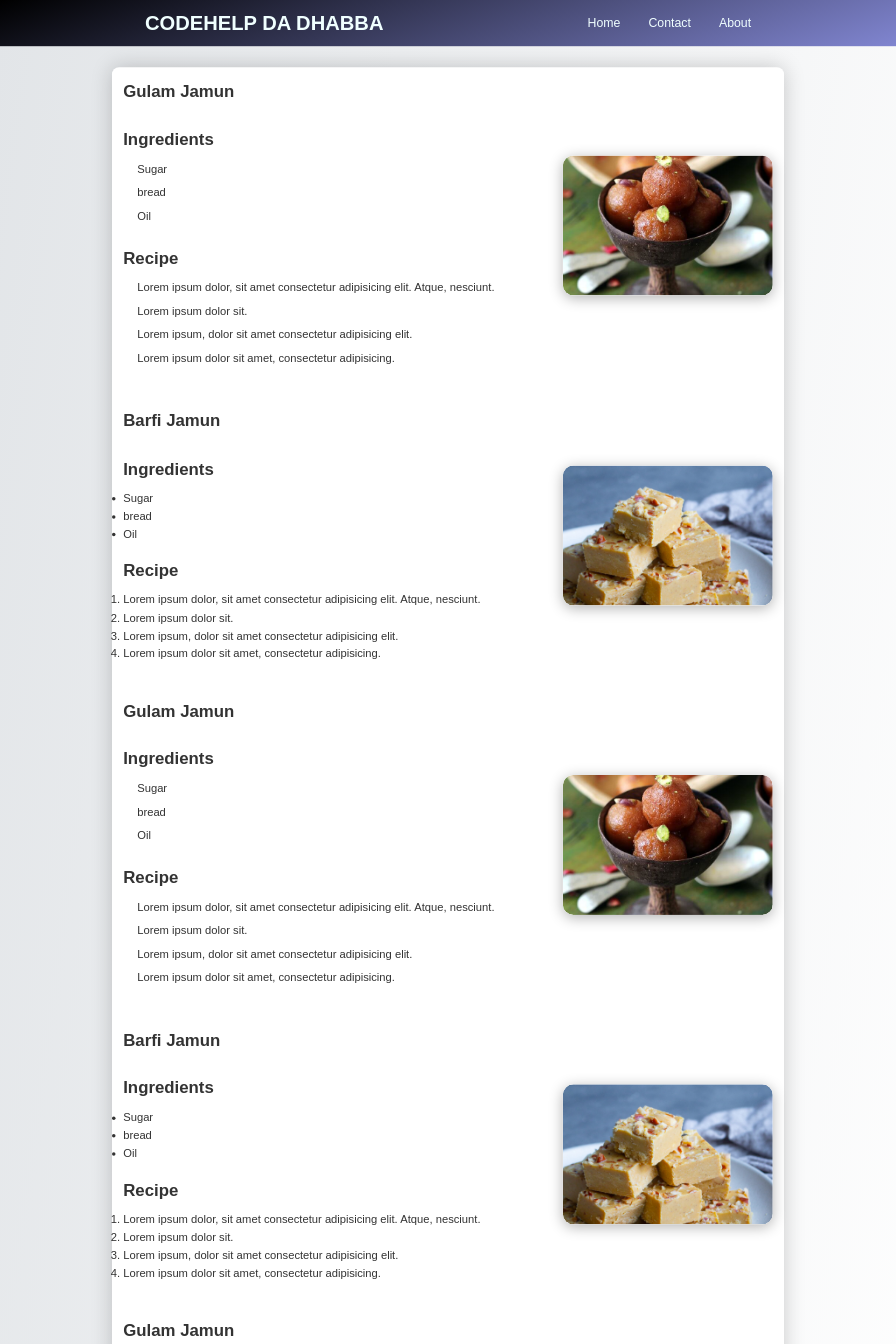
Repository: ssaddamhuss100/Recipe_Html_css
Page: index.html
These files come from the project's save history. The page is drawn as it stood at one moment and after the next save; the edit follows.
The browser window is 1280 px wide. The pictures show the part of the page from y = 0 to 1920 px (the page is 2848 px tall before and 4239 px after), at 70% of full size.

Above is the page before, as saved 2024-12-12 11:24:49.

### index.html
<!DOCTYPE html>
<html lang="en">
<head>
    <meta charset="UTF-8">
    <meta http-equiv="X-UA-Compatible" content="IE=edge">
    <meta name="viewport" content="width=device-width, initial-scale=1.0">
    <title>Codehelp da Dhaaba</title>
    <link rel="stylesheet" href="style.css">
</head>
<body>

    <div class="container">

        <header>
            <div class="navContainer">
                <nav>
                    <ul id="navList">
                        <li>
                            <p id="navLogo">CodeHelp da Dhabba</p>
                        </li>
                        <li>
                            <div id="navItems">
                                <a href="#">Home</a>
                                <a href="#">Contact</a>
                                <a href="#">About</a>
                            </div>
                        </li>
                    </ul>
                </nav>
            </div>
        </header>

        <main>
            <div class="contentBox">
                <!-- item 1  -->
                <section>
                    <div class="item">
                        <div class="leftBox">
                            <!-- heaeding -->
                            <h2>Gulam Jamun</h2>

                            <div>
                                <h2>Ingredients</h2>
                                <ul class="ingBox">
                                    <li>Sugar</li>
                                    <li>bread</li>
                                    <li>Oil</li>
                                </ul>
                            </div>

                            <div>
                                <h2>Recipe</h2>
                                <ol class="recipeBox">
                                    <li>Lorem ipsum dolor, sit amet consectetur adipisicing elit. Atque, nesciunt.</li>
                                    <li>Lorem ipsum dolor sit.</li>
                                    <li>Lorem ipsum, dolor sit amet consectetur adipisicing elit.</li>
                                    <li>Lorem ipsum dolor sit amet, consectetur adipisicing.</li>
                                </ol>
                            </div>



                        </div>

                        <div class="rightBox">
                            <img
                                src="bread-gulab-jamun-recipe.jpg"
                            />
                            <div class="overlay">
                                <span> Click here to Buy</span>
                            </div>
                        </div>
                    </div>
                </section>

                <section>
                    <div class="item">
                        <div class="leftBox">
                            <!-- heaeding -->
                            <h2>Barfi Jamun</h2>

                            <div>
                                <h2>Ingredients</h2>
                                <ul>
                                    <li>Sugar</li>
                                    <li>bread</li>
                                    <li>Oil</li>
                                </ul>
                            </div>

                            <div>
                                <h2>Recipe</h2>
                                <ol>
                                    <li>Lorem ipsum dolor, sit amet consectetur adipisicing elit. Atque, nesciunt.</li>
                                    <li>Lorem ipsum dolor sit.</li>
                                    <li>Lorem ipsum, dolor sit amet consectetur adipisicing elit.</li>
                                    <li>Lorem ipsum dolor sit amet, consectetur adipisicing.</li>
                                </ol>
                            </div>



                        </div>
                        <div class="rightBox">
                            <img
                                src="Magaz-5-of-5-2-960x1440.jpg"
                            />
                        </div>
                    </div>
                </section>

                <section>
                    <div class="item">
                        <div class="leftBox">
                            <!-- heaeding -->
                            <h2>Gulam Jamun</h2>

                            <div>
                                <h2>Ingredients</h2>
                                <ul class="ingBox">
                                    <li>Sugar</li>
                                    <li>bread</li>
                                    <li>Oil</li>
                                </ul>
                            </div>

                            <div>
                                <h2>Recipe</h2>
                                <ol class="recipeBox">
                                    <li>Lorem ipsum dolor, sit amet consectetur adipisicing elit. Atque, nesciunt.</li>
                                    <li>Lorem ipsum dolor sit.</li>
                                    <li>Lorem ipsum, dolor sit amet consectetur adipisicing elit.</li>
                                    <li>Lorem ipsum dolor sit amet, consectetur adipisicing.</li>
                                </ol>
                            </div>



                        </div>

                        <div class="rightBox">
                            <img
                                src="bread-gulab-jamun-recipe.jpg"
                            />
                            <div class="overlay">
                                <span> Click here to Buy</span>
                            </div>
                        </div>
                    </div>
                </section>

                <section>
                    <div class="item">
                        <div class="leftBox">
                            <!-- heaeding -->
                            <h2>Barfi Jamun</h2>

                            <div>
                                <h2>Ingredients</h2>
                                <ul>
                                    <li>Sugar</li>
                                    <li>bread</li>
                                    <li>Oil</li>
                                </ul>
                            </div>

                            <div>
                                <h2>Recipe</h2>
                                <ol>
                                    <li>Lorem ipsum dolor, sit amet consectetur adipisicing elit. Atque, nesciunt.</li>
                                    <li>Lorem ipsum dolor sit.</li>
                                    <li>Lorem ipsum, dolor sit amet consectetur adipisicing elit.</li>
                                    <li>Lorem ipsum dolor sit amet, consectetur adipisicing.</li>
                                </ol>
                            </div>



                        </div>
                        <div class="rightBox">
                            <img
                                src="Magaz-5-of-5-2-960x1440.jpg"
                            />
                        </div>
                    </div>
                </section>

                <section>
                    <div class="item">
                        <div class="leftBox">
                            <!-- heaeding -->
                            <h2>Gulam Jamun</h2>

                            <div>
                                <h2>Ingredients</h2>
                                <ul class="ingBox">
                                    <li>Sugar</li>
                                    <li>bread</li>
                                    <li>Oil</li>
                                </ul>
                            </div>

                            <div>
                                <h2>Recipe</h2>
                                <ol class="recipeBox">
                                    <li>Lorem ipsum dolor, sit amet consectetur adipisicing elit. Atque, nesciunt.</li>
                                    <li>Lorem ipsum dolor sit.</li>
                                    <li>Lorem ipsum, dolor sit amet consectetur adipisicing elit.</li>
                                    <li>Lorem ipsum dolor sit amet, consectetur adipisicing.</li>
                                </ol>
                            </div>



                        </div>

                        <div class="rightBox">
                            <img
                                src="bread-gulab-jamun-recipe.jpg"
                            />
                            <div class="overlay">
                                <span> Click here to Buy</span>
                            </div>
                        </div>
                    </div>
                </section>

                <section>
                    <div class="item">
                        <div class="leftBox">
                            <!-- heaeding -->
                            <h2>Barfi Jamun</h2>

                            <div>
                                <h2>Ingredients</h2>
                                <ul>
                                    <li>Sugar</li>
                                    <li>bread</li>
                                    <li>Oil</li>
                                </ul>
                            </div>

                            <div>
                                <h2>Recipe</h2>
                                <ol>
                                    <li>Lorem ipsum dolor, sit amet consectetur adipisicing elit. Atque, nesciunt.</li>
                                    <li>Lorem ipsum dolor sit.</li>
                                    <li>Lorem ipsum, dolor sit amet consectetur adipisicing elit.</li>
                                    <li>Lorem ipsum dolor sit amet, consectetur adipisicing.</li>
                                </ol>
                            </div>



                        </div>
                        <div class="rightBox">
                            <img
                                src="Magaz-5-of-5-2-960x1440.jpg"
                            />
                        </div>
                    </div>
                </section>
            </div>
        </main>

        <footer>
           <div class="footerBox">
                <p>
                    Copyright  &copy; CodeHelp da Dhaaba Pvt Ltd 2023 All Rights Reserved
                </p>
           </div>
        </footer>


    </div>

</body>
</html>

### style.css
* {
    margin: 0;
    padding: 0;
    box-sizing: border-box;
}

body {
    font-family: 'Arial', sans-serif;
    line-height: 1.6;
    color: #333;
    background-color: #e2e5e8;
}

.container {
    width: 100%;
    background-image: linear-gradient(98deg, #e2e5e8 0%, #ffffff 100%);
}

.navContainer {
    width: 100%;
    background-image: linear-gradient(160deg, #000000 0%, #8085d0 100%);
    padding: 10px 0;
    display: flex;
    justify-content: center;
    align-items: center;
    position: relative;
}

nav {
    width: 70%;
}

#navList {
    list-style: none;
    font-size: 1rem;
    display: flex;
    justify-content: space-between;
    align-items: center;
    padding: 0 15px;
    margin: 0;
}

#navLogo {
    font-size: 1.8rem;
    color: azure;
    font-weight: bold;
    text-transform: uppercase;
}

a {
    text-decoration: none;
    color: azure;
    font-size: 1.1rem;
    transition: color 0.3s;
}

a:hover {
    color: #ffb300;
}

#navItems {
    display: flex;
    gap: 40px;
}

footer {
    width: 100%;
}

.footerBox {
    background-image: linear-gradient(160deg, #000000 0%, #8085d0 100%);
    text-align: center;
    padding: 15px;
    color: azure;
    font-size: 1rem;
}

.footerBox p {
    margin: 0;
}

.contentBox {
    width: 75%;
    margin: 30px auto;
    background-color: white;
    display: flex;
    flex-direction: column;
    gap: 20px;
    padding: 1rem;
    box-shadow: 0 0 30px rgba(0, 0, 0, 0.2);
    border-radius: 10px;
}

.item {
    display: flex;
    justify-content: space-between;
    align-items: center;
    margin-bottom: 30px;
    gap: 30px;
}

.rightBox {
    position: relative;
    overflow: hidden;
    transition: transform 0.3s ease-in-out;
    box-shadow: 0 4px 20px rgba(0, 0, 0, 0.3);
    border-radius: 15px;
    width: 300px;
    height: 200px;
}

.rightBox img {
    width: 100%;
    height: 100%;
    object-fit: cover;
    border-radius: 15px;
    transition: transform 0.6s ease-in-out;
}

.rightBox:hover img {
    transform: scale(1.1);
}

.leftBox {
    flex: 1;
    display: flex;
    flex-direction: column;
    gap: 20px;
}

.leftBox h2 {
    font-size: 1.5rem;
    color: #333;
    margin-bottom: 10px;
}

.leftBox h3 {
    font-size: 1.2rem;
    color: #555;
}

.ingBox, .recipeBox {
    font-size: 1rem;
    list-style: none;
    padding-left: 20px;
}

.ingBox li, .recipeBox li {
    margin-bottom: 8px;
}

.rightBox .overlay {
    position: absolute;
    top: 0;
    left: 0;
    height: 100%;
    width: 100%;
    background-color: rgba(36, 34, 34, 0.7);
    border-radius: 15px;
    display: flex;
    align-items: center;
    justify-content: center;
    opacity: 0;
    transition: opacity 0.3s ease-in-out;
}

.rightBox:hover .overlay {
    opacity: 1;
}

.rightBox .overlay span {
    color: white;
    font-size: 1.2rem;
    font-weight: bold;
    text-transform: uppercase;
}

/* Responsive Design */
@media (max-width: 768px) {
    .container {
        padding: 0 10px;
    }

    .navContainer {
        padding: 10px;
    }

    #navList {
        flex-direction: column;
        align-items: flex-start;
    }

    #navItems {
        flex-direction: column;
        gap: 20px;
        margin-top: 10px;
    }

    .contentBox {
        width: 90%;
        padding: 20px;
    }

    .item {
        flex-direction: column;
        align-items: flex-start;
    }

    .rightBox {
        width: 100%;
        height: 250px;
    }

    .rightBox img {
        height: 100%;
        object-fit: cover;
    }
}

After the next save:
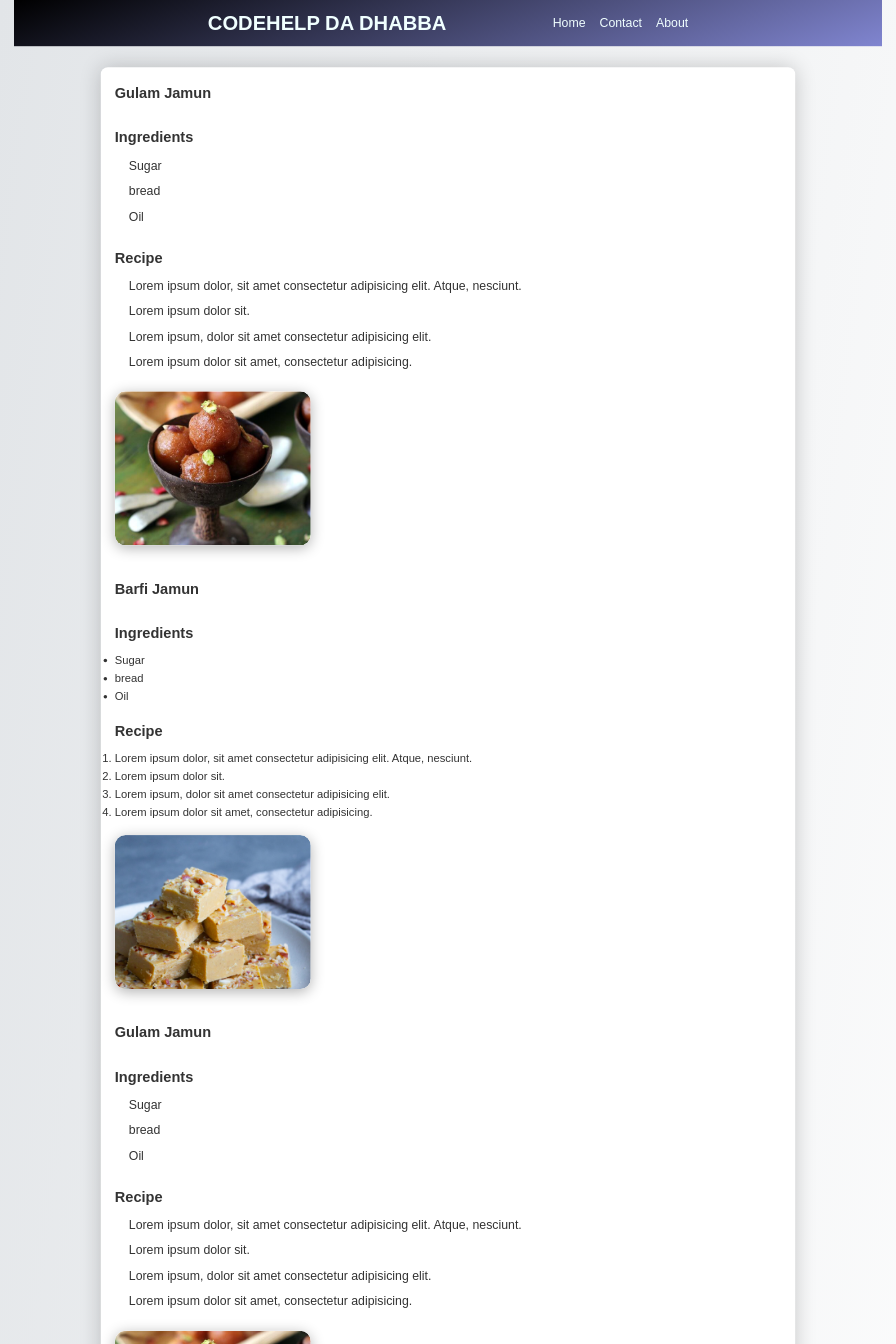
Saved 2 min 7 s later.
--- a/style.css
+++ b/style.css
@@ -80,7 +80,7 @@ footer {
 }
 
 .contentBox {
-    width: 75%;
+    width: 80%;
     margin: 30px auto;
     background-color: white;
     display: flex;
@@ -175,44 +175,67 @@ footer {
     text-transform: uppercase;
 }
 
-/* Responsive Design */
-@media (max-width: 768px) {
+/* Media Query for Dell Laptops (1024px - 1366px) */
+@media (max-width: 1366px) and (min-width: 1024px) {
+    /* Adjust container width for laptop screen sizes */
     .container {
-        padding: 0 10px;
-    }
-
+        padding: 0 20px;
+    }
+
+    /* Navigation bar adjustments */
     .navContainer {
-        padding: 10px;
+        padding: 10px 0;
     }
 
     #navList {
-        flex-direction: column;
-        align-items: flex-start;
+        justify-content: space-around;
     }
 
     #navItems {
-        flex-direction: column;
         gap: 20px;
-        margin-top: 10px;
     }
 
     .contentBox {
-        width: 90%;
+        width: 80%;
         padding: 20px;
+        gap: 15px;
     }
 
     .item {
         flex-direction: column;
         align-items: flex-start;
-    }
-
+        gap: 20px;
+    }
+
+    /* Adjust image and box dimensions for smaller screens */
     .rightBox {
-        width: 100%;
-        height: 250px;
+        width: 280px;
+        height: 220px;
     }
 
     .rightBox img {
         height: 100%;
-        object-fit: cover;
-    }
-}
+    }
+
+    .leftBox h2 {
+        font-size: 1.3rem;
+    }
+
+    .leftBox h3 {
+        font-size: 1.1rem;
+    }
+
+    .ingBox, .recipeBox {
+        font-size: 1.1rem;
+    }
+
+    /* Footer adjustments */
+    .footerBox {
+        font-size: 1rem;
+        padding: 20px;
+    }
+
+    .footerBox p {
+        font-size: 0.9rem;
+    }
+}
